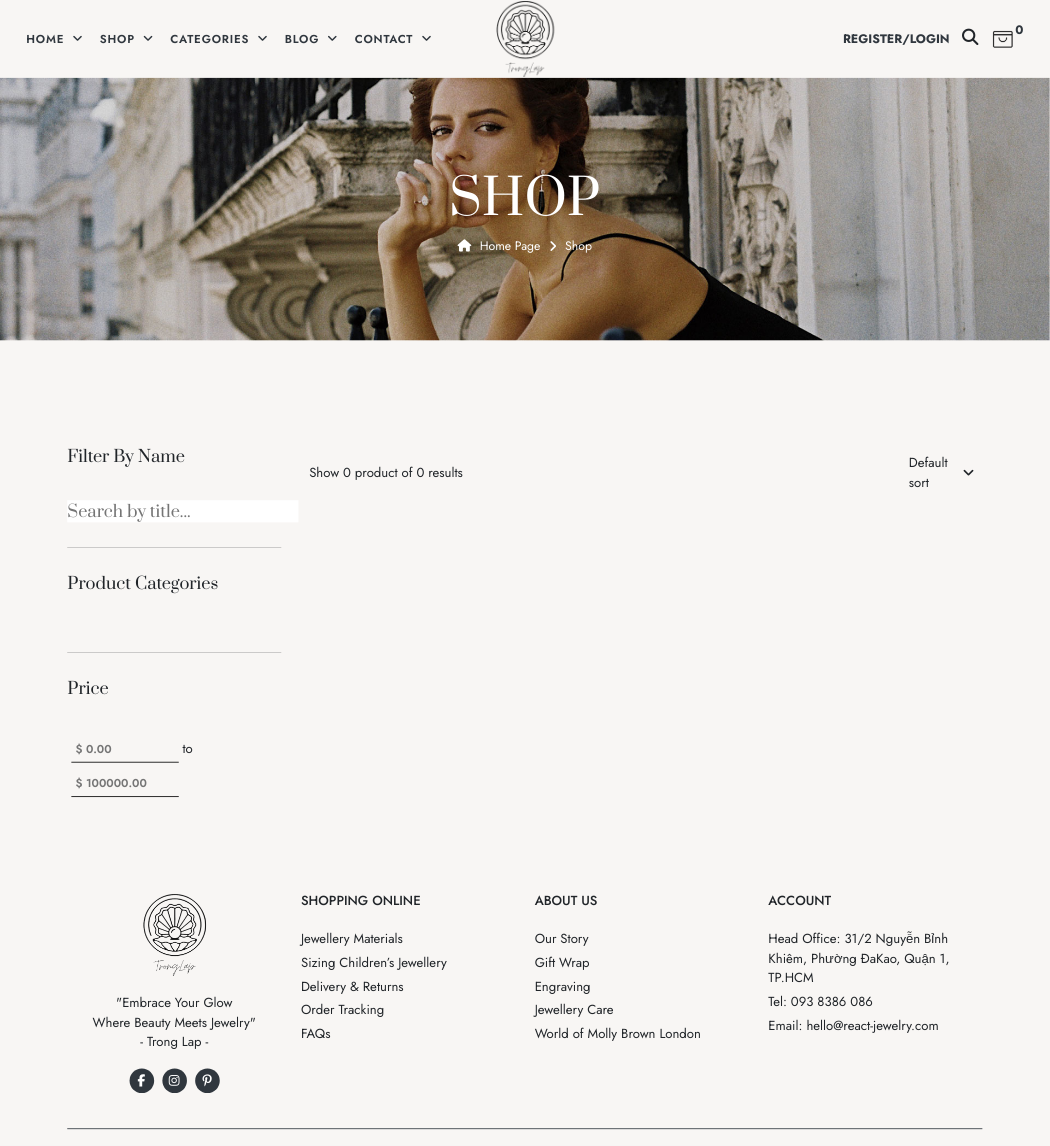
Repository: tronglap/react-jewelry
Page: /list-product
An editor plug-in stored every save of this project. The page is shown before and after the next save, followed by the edit.
The browser window is 1280 px wide. The pictures show the whole page, at 82% of full size.
The page's requests for data from a server got no answer. The project was rebuilt for these pictures with package versions that can differ from the ones it lists, and the page was loaded fresh each time. No one was signed in, and anything a server would have sent is missing. Also part of the build but not shown: src/component/Button/Button.css, src/component/Button/Button.js, src/component/SliderBar/SliderBar.css, src/component/SliderBar/SliderBar.js, src/component/Home/WWD/WWD.css, src/component/Home/WWD/WWD.js, src/component/Home/Home.css, src/component/Home/Categories/Categories.js and 14 more.

Above is the page before, as saved 2024-03-26 20:25:10.

After the next save:
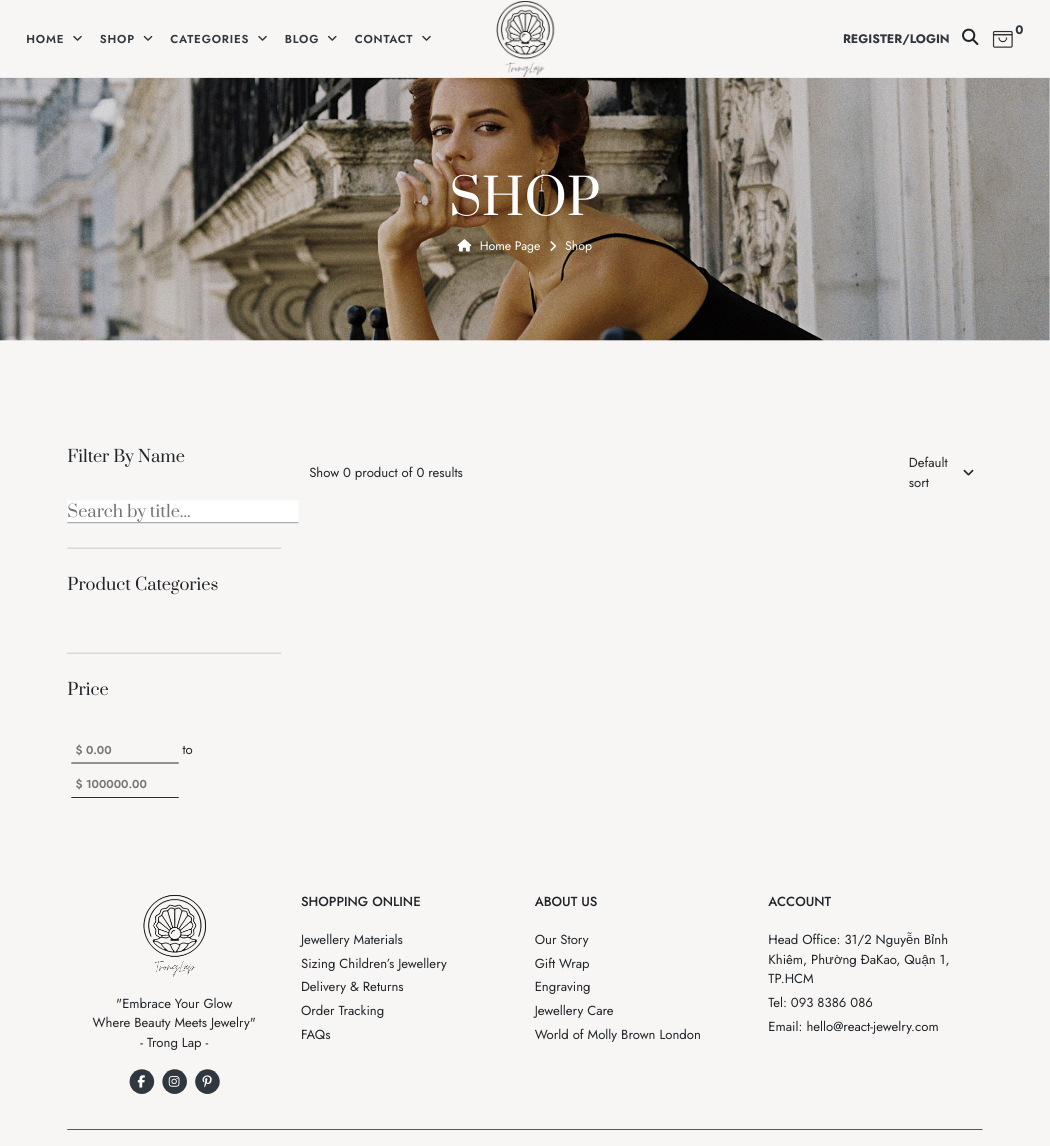
Saved 10 s later.
--- a/src/component/ListProduct/ListProduct.css
+++ b/src/component/ListProduct/ListProduct.css
@@ -20,7 +20,7 @@
 
 .ListProduct .box_product .FBN input {
     border: none;
-
+    border-bottom: 1px solid gray
 }
 
 
